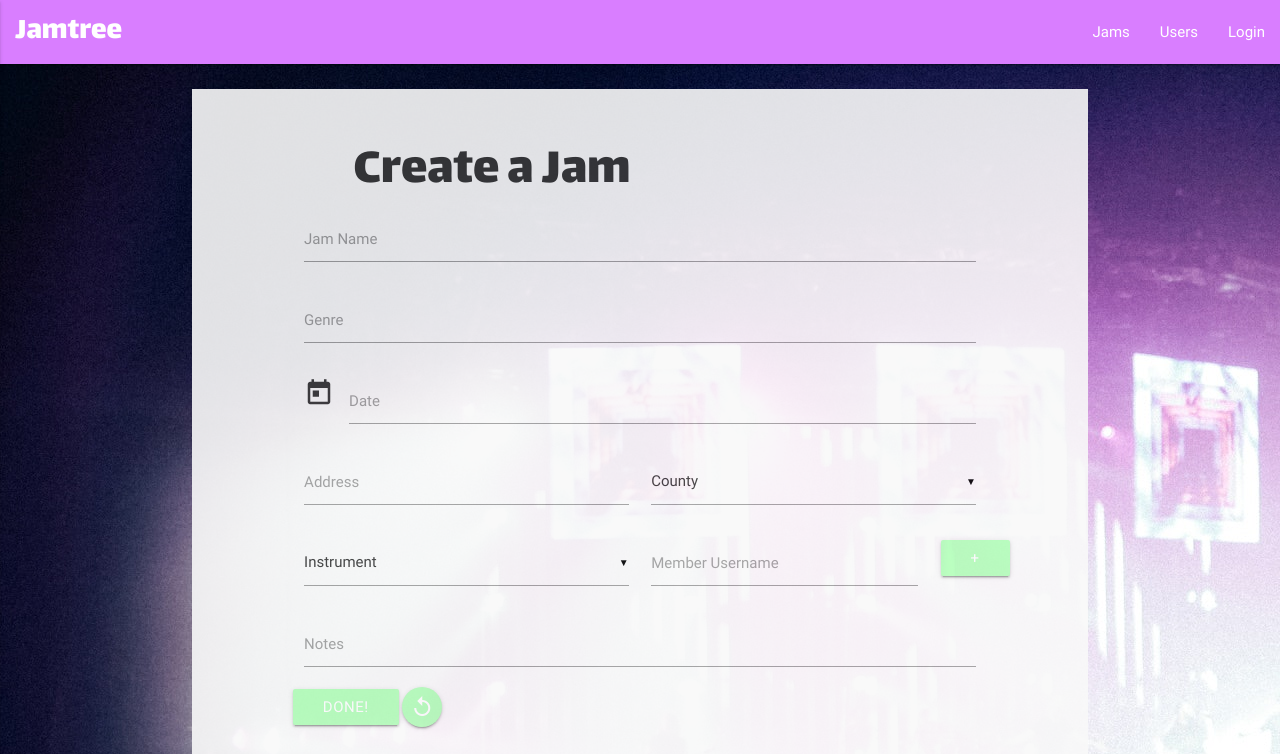
Repository: EdShackleton/milestone-project-3
Page: templates/addjam.html
The author's editor kept a record of every edit. The page is drawn from the files as they stood at one moment, then again after the next edit.
The browser window is 1280 px wide. The pictures show the whole page.
Backgrounds fixed to the window are drawn as part of the page. Some web libraries are served in a nearby version. The template is drawn by Flask 3. The application's start-up code is not run. Style sheets and scripts are compiled from the project's sources, by tool versions that may differ from the author's. The template is opened directly, without the code that normally fills it, so the values that code supplies are empty.

Above is the page before.

After the next edit:
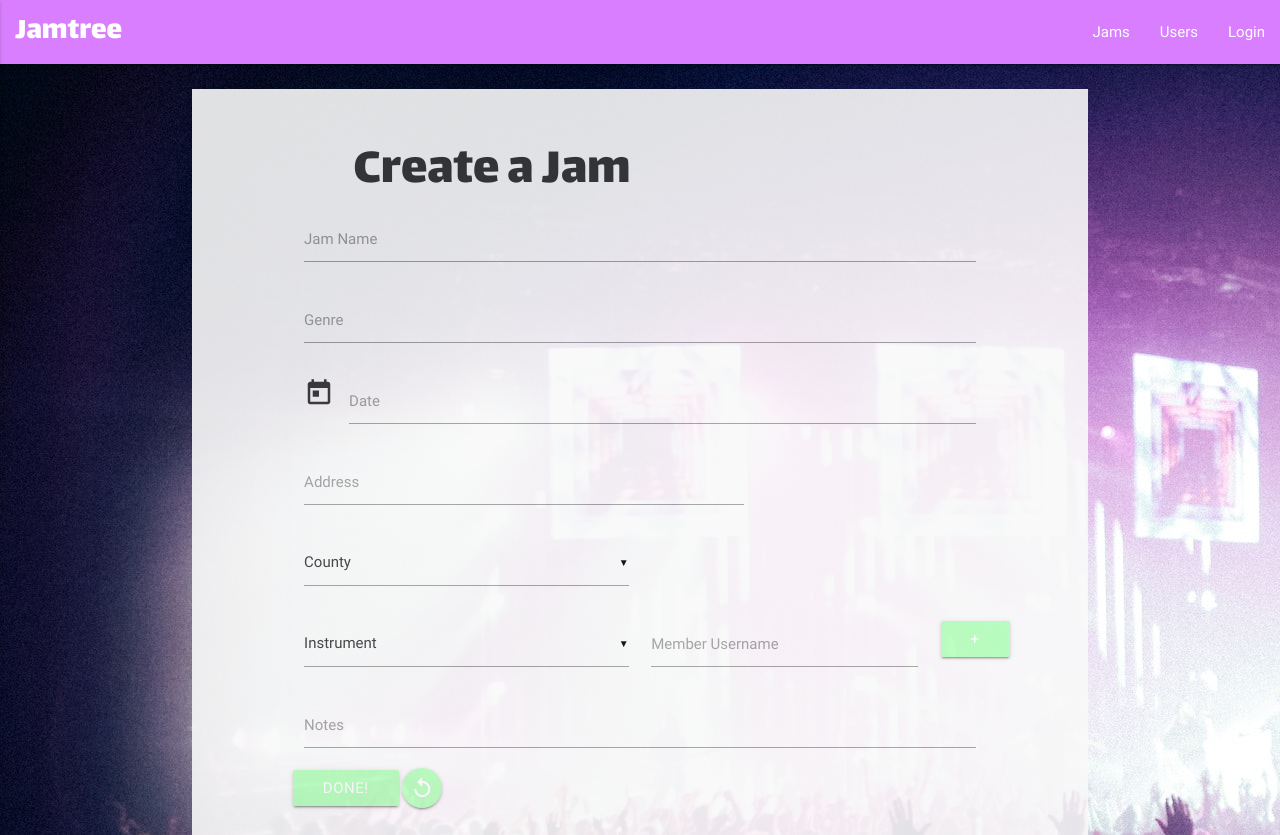
The edit:
--- a/templates/addjam.html
+++ b/templates/addjam.html
@@ -23,7 +23,7 @@
                 </div>
             </div>
             <div class="row">
-                <span class="input-field col s6">
+                <span class="input-field col s6 m8">
                 <input id="jam_location" name="jam_location" type="text">
                 <label for="icon_prefix">Address</label>
             </span>

After the edit that followed:
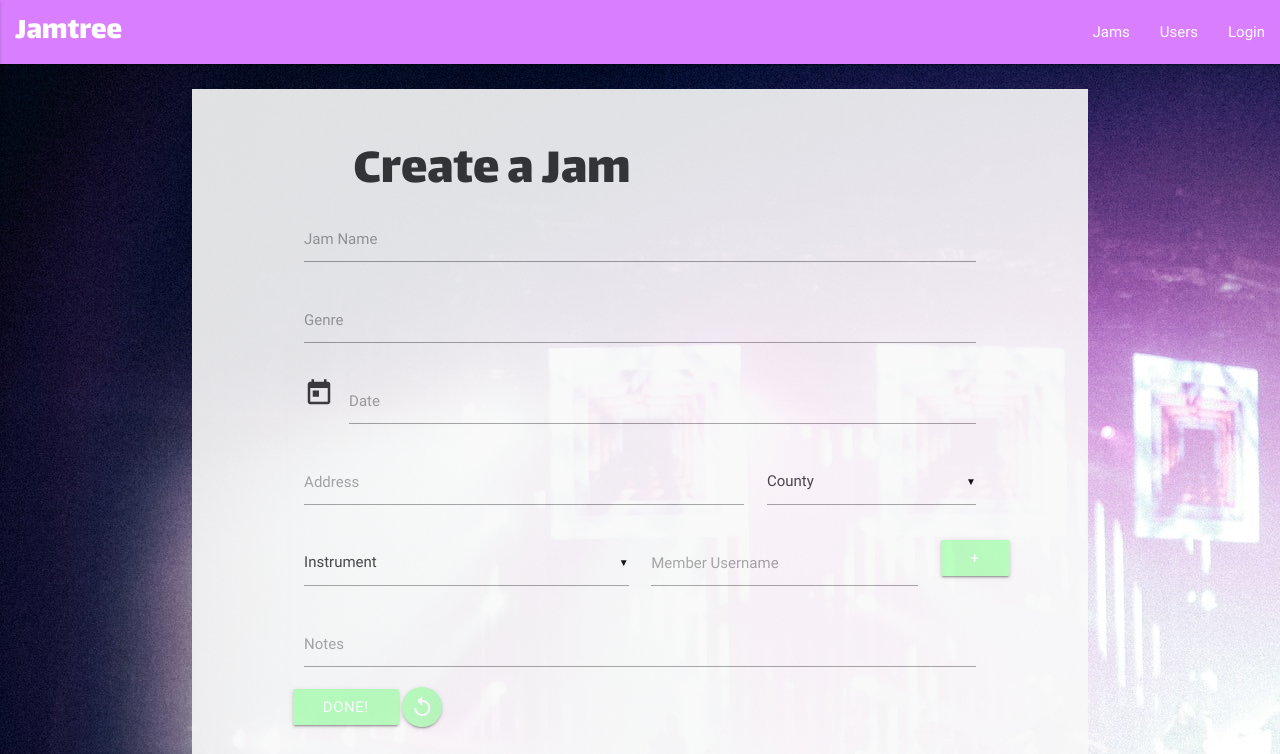
The edit:
--- a/templates/addjam.html
+++ b/templates/addjam.html
@@ -27,7 +27,7 @@
                 <input id="jam_location" name="jam_location" type="text">
                 <label for="icon_prefix">Address</label>
             </span>
-                <span class="input-field col s6">
+                <span class="input-field col s6 m4">
                 <select name="jam_county">
                     <option value="" disabled selected>County</option>
                     {% for county in counties %}
